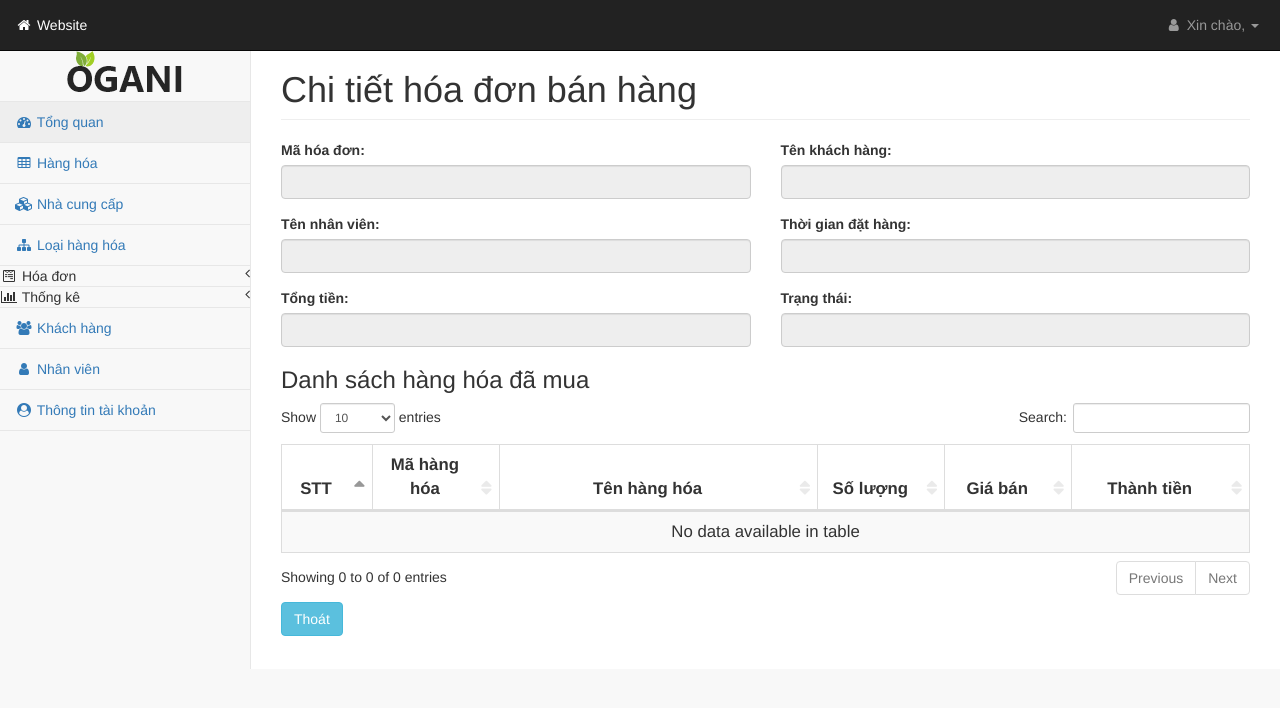
Repository: Hoang-2363/Web_Ban_Hang_JSP_Servlet_CB
Page: http://localhost/QL_BH/admin/hd_bh_ct.jsp
The author's editor kept a copy of each file at every save. The page is drawn from the files as they stood at one save, then again after the next save.
The browser window is 1280 px wide. The pictures show the whole page.
The page is served by Tomcat 10. The template is opened directly, without the code that normally fills it, so the values that code supplies are empty.

Above is the page before, as saved 2024-06-19 03:07:30.

After the next save:
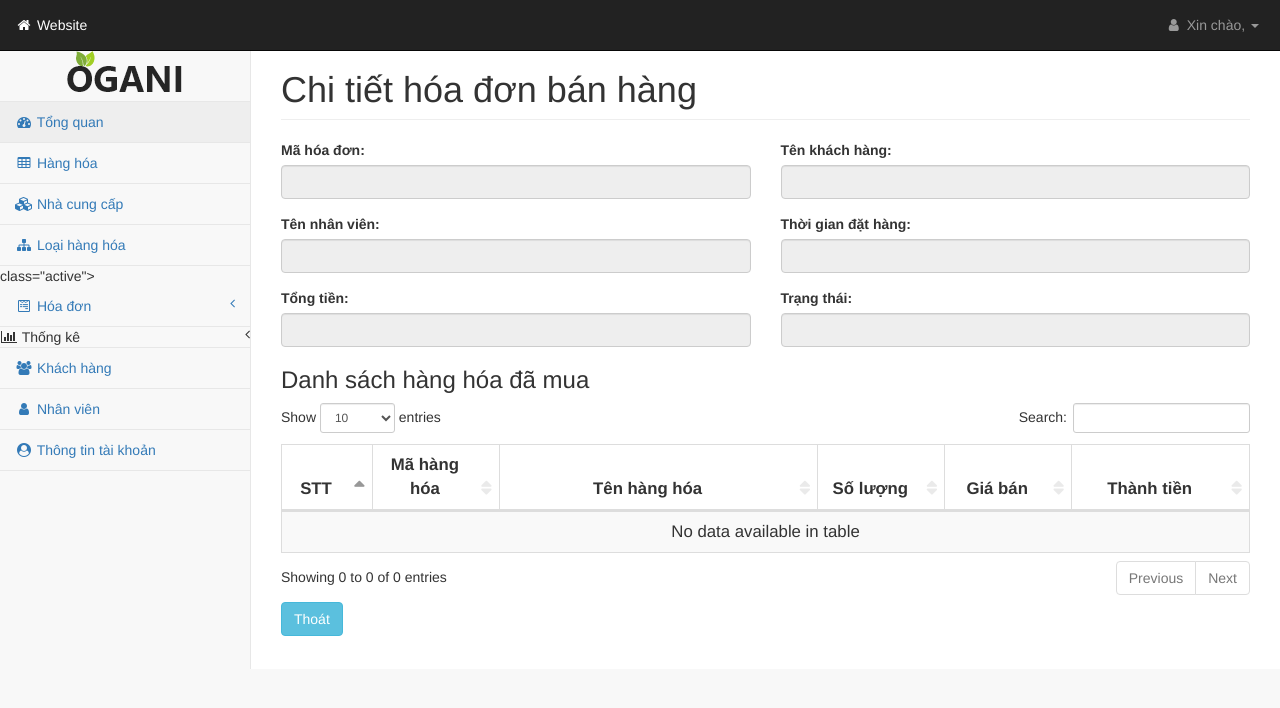
Saved 111 s later.
--- a/QL_BH/src/main/webapp/admin/hd_bh_ct.jsp
+++ b/QL_BH/src/main/webapp/admin/hd_bh_ct.jsp
@@ -80,7 +80,8 @@ th, tbody {
 							Nhà cung cấp</a></li>
 					<li><a href="loaihanghoa"><i class="fa fa-sitemap fa-fw"></i>
 							Loại hàng hóa</a></li>
-					<li><i class="fa fa-wpforms fa-fw"></i> Hóa đơn<span
+					<li>class="active">
+                        <a href="#"><i class="fa fa-wpforms fa-fw"></i> Hóa đơn<span
 						class="fa arrow"></span></a>
 						<ul class="nav nav-second-level">
 							<li><a href="hdbanhang">Bán hàng</a></li>
